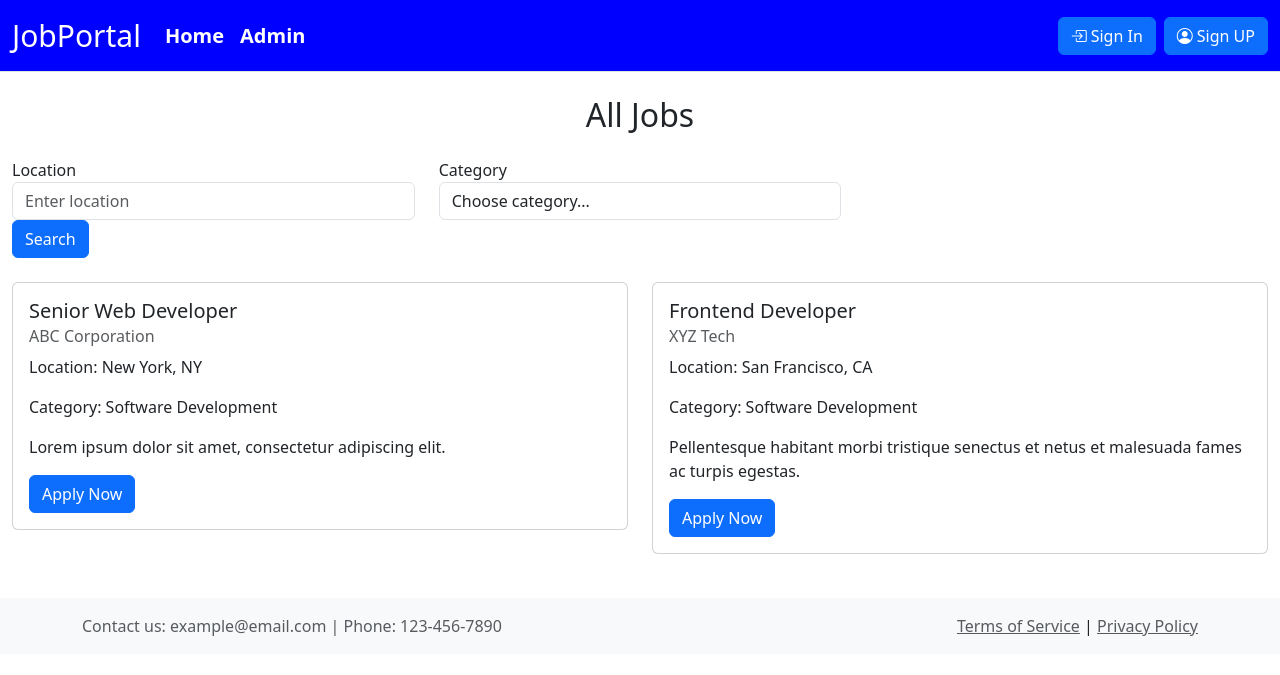
Repository: smruti12344/Job_Portal
Page: http://localhost/Job_portal/home.jsp
These files come from the project's save history. The page is drawn as it stood at one moment and after the next save; the edit follows.
The browser window is 1280 px wide. The pictures show the whole page.
Some web libraries are served in a nearby version. The page is served by Tomcat 9.

Above is the page before, as saved 2024-04-17 06:04:31.

After the next save:
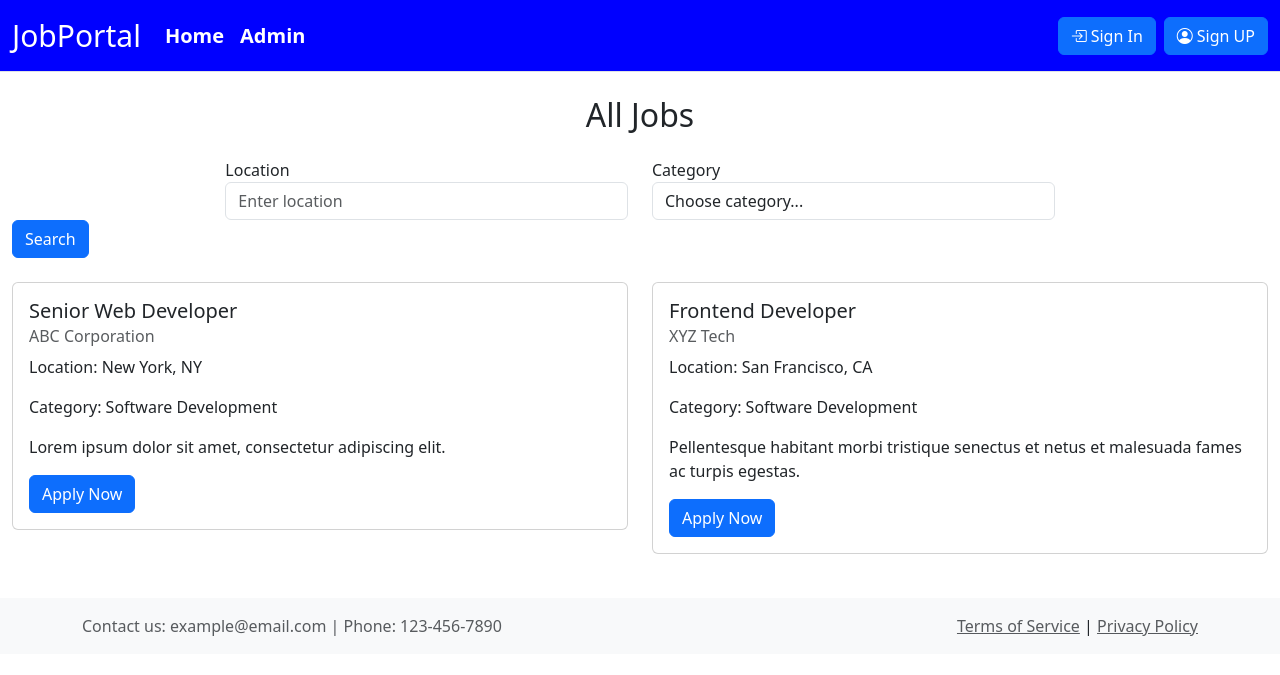
Saved 46 s later.
--- a/Job_portal/src/main/webapp/home.jsp
+++ b/Job_portal/src/main/webapp/home.jsp
@@ -23,7 +23,7 @@
 
         <!-- Search form -->
         <form >
-            <div class="row d-flex">
+            <div class="row d-flex justify-content-center">
                 <div class="form-group col-md-4">
                     <label for="inputLocation">Location</label>
                     <input type="text" class="form-control" id="inputLocation" placeholder="Enter location">
